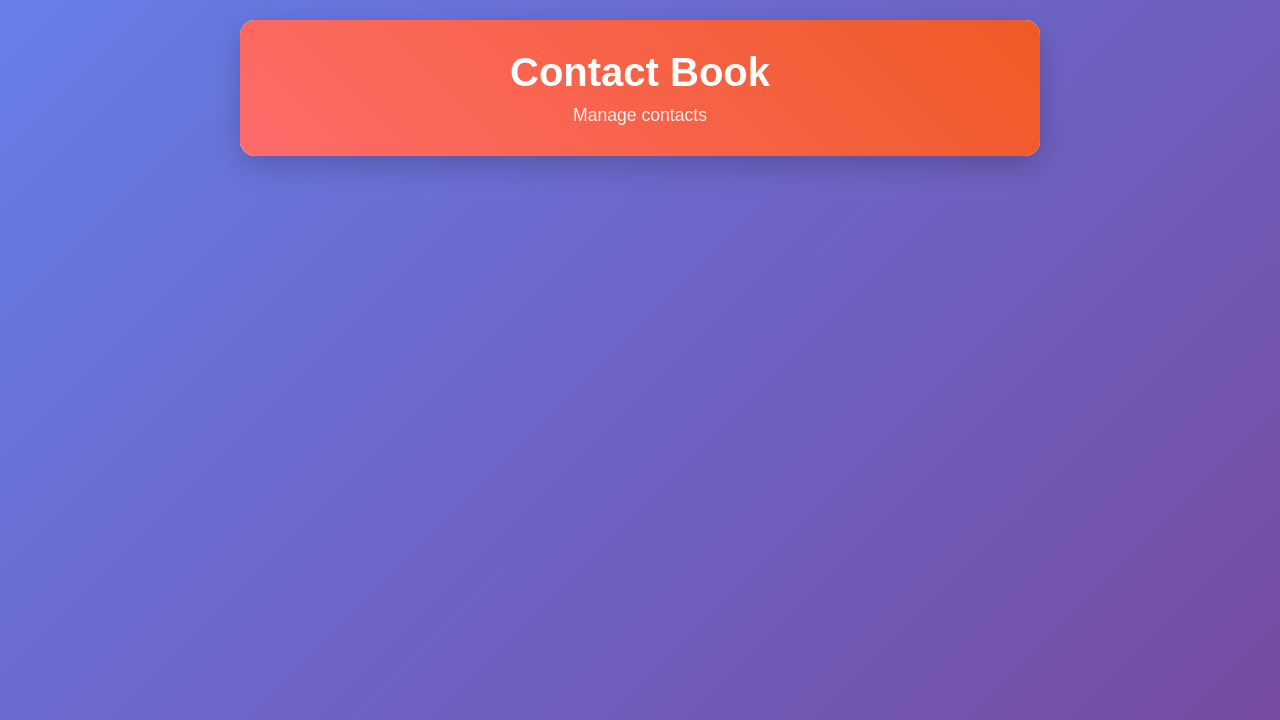
Repository: Mantombi81/Moznana-Contact
Page: index.html
The author's editor kept a copy of each file at every save. The page is drawn from the files as they stood at one save, then again after the next save.
The browser window is 1280 px wide. The pictures show the whole page.

Above is the page before, as saved 2025-06-11 21:38:51.

### index.html
<!DOCTYPE html>
<html lang="en">
<head>
    <meta charset="UTF-8">
    <meta name="viewport" content="width=device-width, initial-scale=1.0">
    <title>Mozi Contact Book(API's)</title>
    <link rel="stylesheet" href="style.css">
</head>
<body>
    <div class="container">
        <div class="header">
            <h1>Contact Book</h1>
            <p>Manage contacts</p>
        </div>

        <div class="">

        </div>

    </div>

</body>
</html>

### style.css
* {
    margin: 0;
    padding: 0;
    box-sizing: border-box;
}

body {
    font-family: Arial, sans-serif;
    background: linear-gradient(135deg, #667eea 0%, #764ba2 100%);
    min-height: 100vh;
    padding: 20px;
}

.container {
    max-width: 800px;
    margin: 0 auto;
    background: white;
    border-radius: 15px;
    box-shadow: 0 10px 30px rgba(0, 0, 0, 0.2);
    overflow: hidden;
}

.header {
    background: linear-gradient(45deg, #ff6b6b, #ee5a24);
    color: white;
    padding: 30px;
    text-align: center;
}

.header h1 {
    font-size: 2.5rem;
    margin-bottom: 10px;
}

.header p {
    font-size: 1.1rem;
    opacity: 0.9;
}

.content {
    padding: 30px;
}

.api-setup {
    background: #f8f9fa;
    border-radius: 10px;
    padding: 20px;
    margin-bottom: 30px;
    border-left: 4px solid #ff6b6b;
}

.api-setup h3 {
    color: #ff6b6b;
    margin-bottom: 15px;
}

.form-group {
    margin-bottom: 20px;
}

.form-group label {
    display: block;
    margin-bottom: 8px;
    font-weight: bold;
    color: #333;
}

.form-group input,
.form-group select {
    width: 100%;
    padding: 12px;
    border: 2px solid #e1e8ed;
    border-radius: 8px;
    font-size: 16px;
    transition: border-color 0.3s ease;
}

.form-group input:focus,
.form-group select:focus {
    outline: none;
    border-color: #ff6b6b;
}

.btn {
    background: linear-gradient(45deg, #ff6b6b, #ee5a24);
    color: white;
    border: none;
    padding: 12px 25px;
    border-radius: 8px;
    cursor: pointer;
    font-size: 16px;
    font-weight: bold;
    margin: 5px;
    transition: transform 0.2s ease, box-shadow 0.2s ease;
}

.btn:hover {
    transform: translateY(-2px);
    box-shadow: 0 5px 15px rgba(255, 107, 107, 0.3);
}

.btn-secondary {
    background: linear-gradient(45deg, #54a0ff, #2e86de);
}

.btn-danger {
    background: linear-gradient(45deg, #ff3838, #ff4757);
}

.btn-success {
    background: linear-gradient(45deg, #1dd1a1, #10ac84);
}

.contacts-grid {
    display: grid;
    grid-template-columns: repeat(auto-fill, minmax(300px, 1fr));
    gap: 20px;
    margin-top: 20px;
}

.contact-card {
    background: white;
    border-radius: 12px;
    padding: 20px;
    box-shadow: 0 4px 15px rgba(0, 0, 0, 0.1);
    border: 1px solid #e1e8ed;
    transition: transform 0.2s ease, box-shadow 0.2s ease;
}

.contact-card:hover {
    transform: translateY(-5px);
    box-shadow: 0 8px 25px rgba(0, 0, 0, 0.15);
}

.contact-avatar {
    width: 60px;
    height: 60px;
    border-radius: 50%;
    margin: 0 auto 15px;
    display: block;
    border: 3px solid #ff6b6b;
}

.contact-name {
    font-size: 1.3rem;
    font-weight: bold;
    text-align: center;
    margin-bottom: 10px;
    color: #333;
}

.contact-details {
    margin-bottom: 15px;
}

.contact-details p {
    margin-bottom: 5px;
    color: #666;
}

.contact-actions {
    text-align: center;
}

.loading {
    text-align: center;
    padding: 40px;
    color: #666;
    font-size: 1.2rem;
}

.error {
    background: #ffe6e6;
    color: #cc0000;
    padding: 15px;
    border-radius: 8px;
    margin: 15px 0;
    border-left: 4px solid #cc0000;
}

.success {
    background: #e6ffe6;
    color: #006600;
    padding: 15px;
    border-radius: 8px;
    margin: 15px 0;
    border-left: 4px solid #006600;
}

.hidden {
    display: none;
}

.page {
    display: none;
}

.page.active {
    display: block;
}

.back-btn {
    margin-bottom: 20px;
}

@media (max-width: 768px) {
    .container {
        margin: 10px;
    }

    .header {
        padding: 20px;
    }

    .header h1 {
        font-size: 2rem;
    }

    .content {
        padding: 20px;
    }

    .contacts-grid {
        grid-template-columns: 1fr;
    }
}

After the next save:
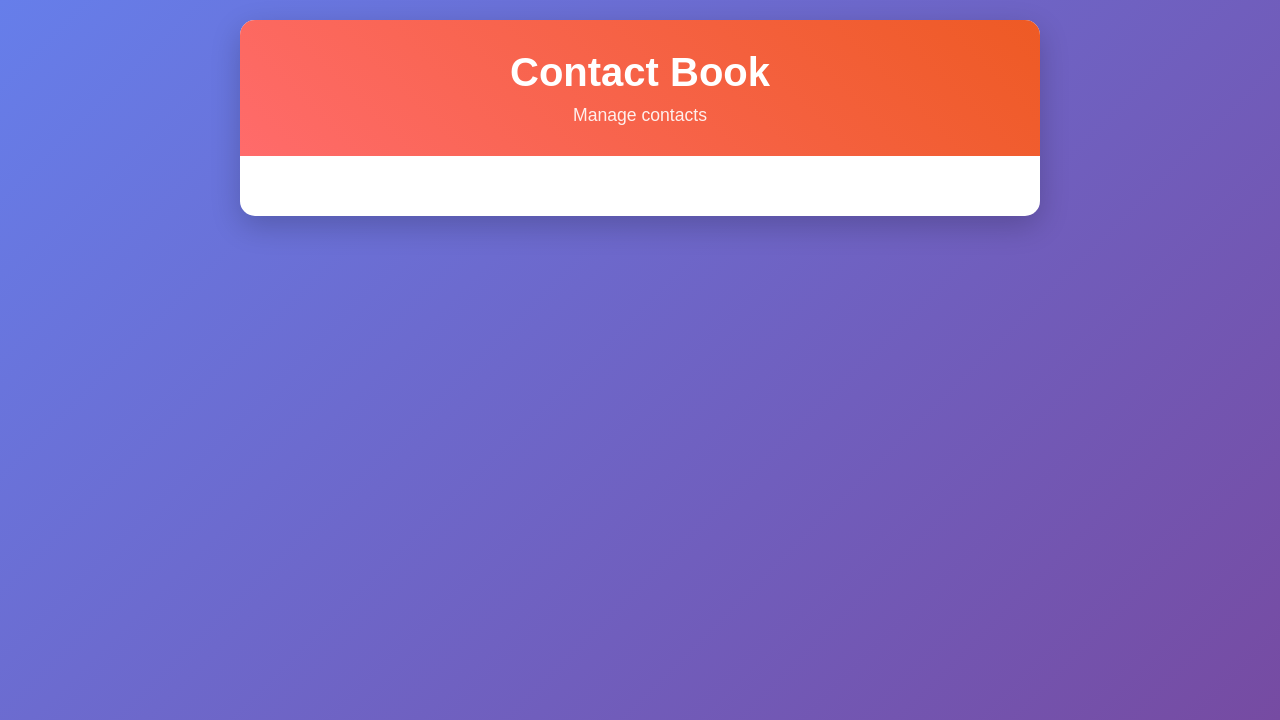
Saved 4 s later.
--- a/index.html
+++ b/index.html
@@ -13,7 +13,7 @@
             <p>Manage contacts</p>
         </div>
 
-        <div class="">
+        <div class="content">
 
         </div>
 
